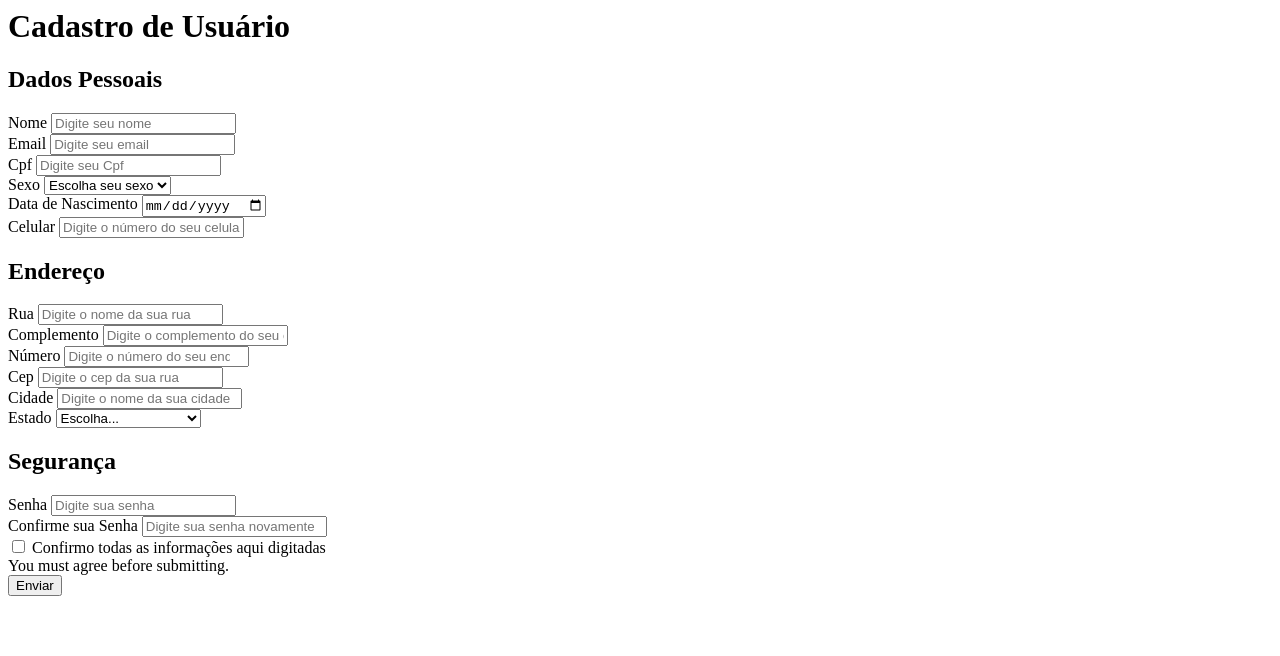
Repository: formatech2018/BRUNNO-S-FILMES
Page: sistema.filmes/src/main/webapp/resources/html/cadastro.html
The author's editor kept a copy of each file at every save. The page is drawn from the files as they stood at one save, then again after the next save.
The browser window is 1280 px wide. The pictures show the whole page.

Above is the page before, as saved 2018-08-05 23:49:14.

After the next save:
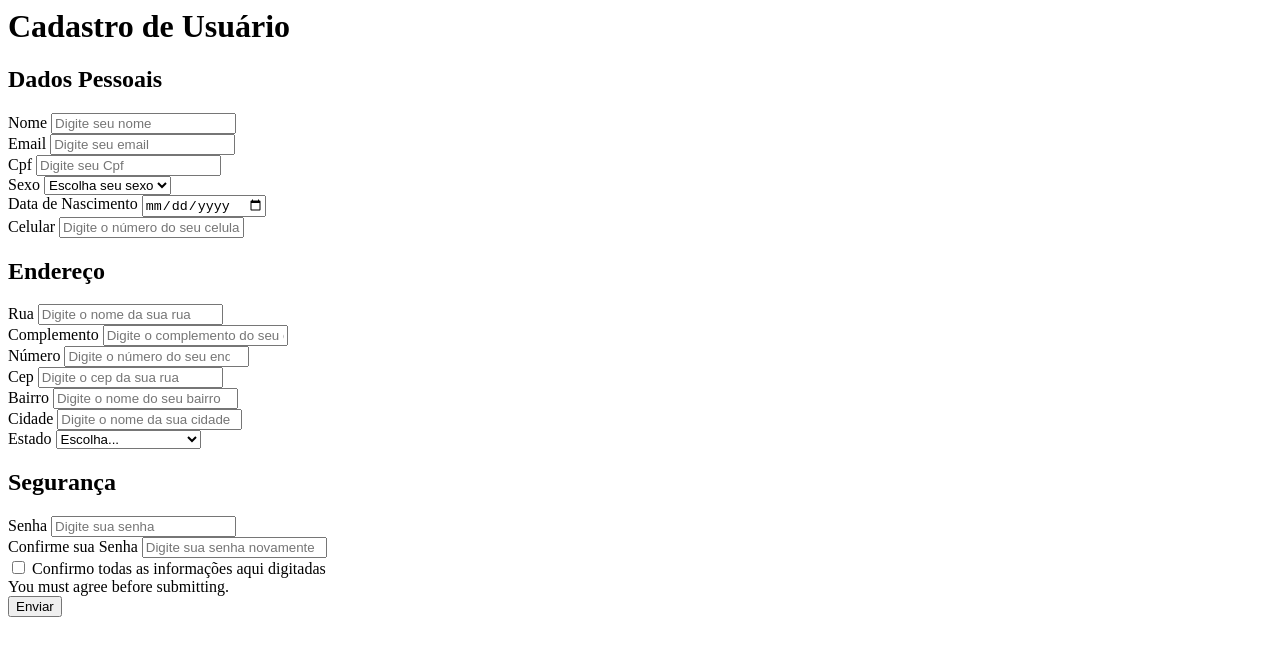
Saved 59 s later.
--- a/sistema.filmes/src/main/webapp/resources/html/cadastro.html
+++ b/sistema.filmes/src/main/webapp/resources/html/cadastro.html
@@ -76,6 +76,11 @@
 				placeholder="Digite o cep da sua rua">
 		</div>
 		<div class="col">
+			<label for="colFormLabel" class="col-sm-2 col-form-label">Bairro</label>
+			<input type="text" id="bairro" name="bairro" class="form-control"
+				placeholder="Digite o nome do seu bairro">
+		</div>
+		<div class="col">
 			<label for="colFormLabel" class="col-sm-2 col-form-label">Cidade</label>
 			<input type="text" name="cidade" class="form-control"
 				placeholder="Digite o nome da sua cidade">
